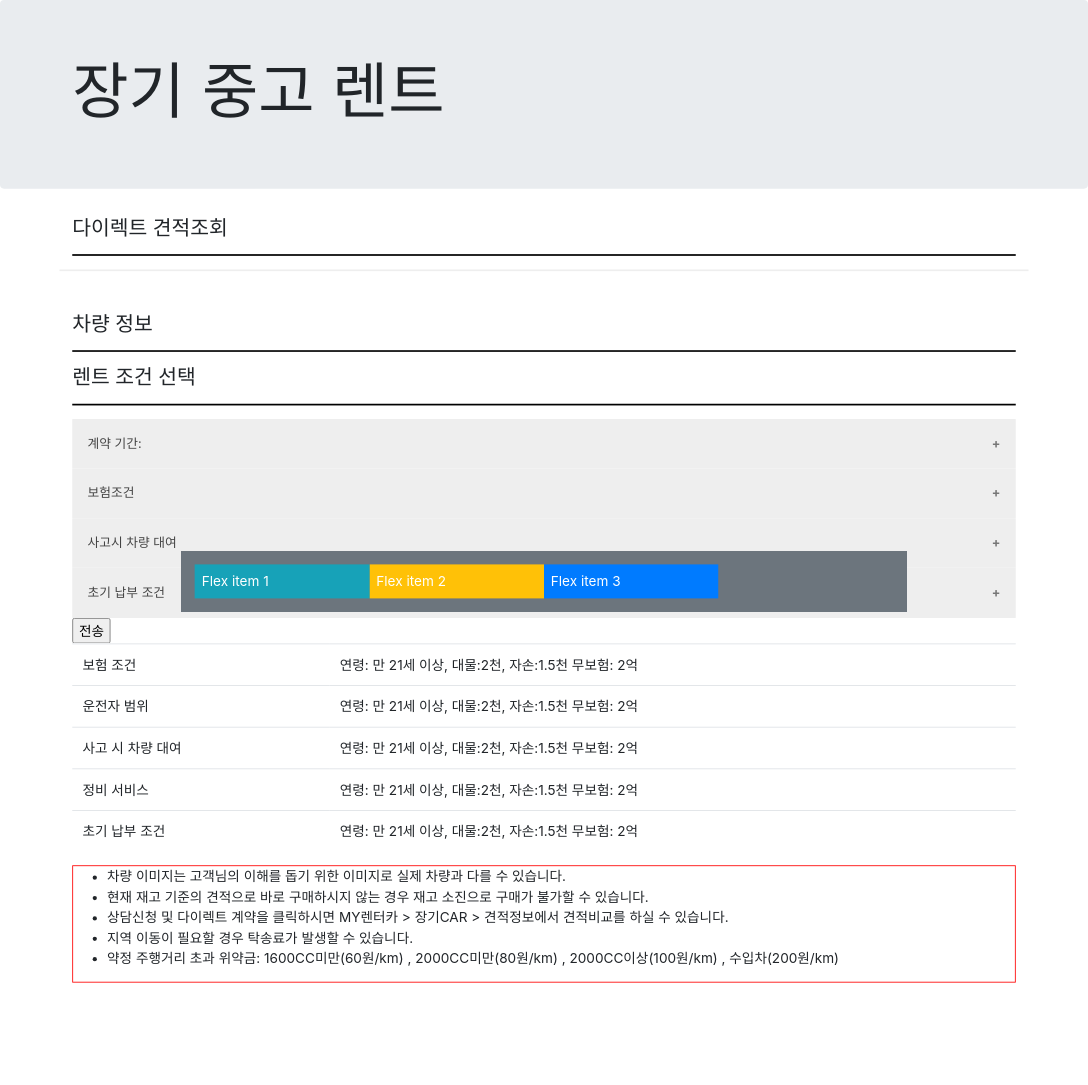
Repository: hyebinkim00/Project
Page: http://localhost/jsp/long_lent_oldcar/carLent.jsp
These files come from the project's save history. The page is drawn as it stood at one moment and after the next save; the edit follows.
The browser window is 1280 px wide. The pictures show the whole page, at 85% of full size.
The page is served by Tomcat 9. Other server files are loaded and not shown. Queries for data that is not in the repository find no rows.

Above is the page before, as saved 2020-09-16 06:47:50.

### jsp/WebContent/long_lent_oldcar/carLent.jsp
<%@page import="java.net.URLDecoder"%>
<%@page language="java" contentType="text/html; charset=UTF-8" pageEncoding="UTF-8"%>
<%@taglib prefix="c" uri="http://java.sun.com/jsp/jstl/core" %>
<%@taglib prefix="sql" uri="http://java.sun.com/jsp/jstl/sql"  %>
<% request.setCharacterEncoding("utf-8");
//URLEncoder.encode

String carname=request.getParameter("carname");
/* String carname = new String(request.getParameter("carname").getBytes("8859_1"), "EUC-KR"); */

%>

<!DOCTYPE html>
<html>
<head>
<meta name="viewport" content="width=device-width, initial-scale=1">
<style>
.accordion {
  background-color: #eee;
  color: #444;
  cursor: pointer;
  padding: 18px;
  width: 100%;
  border: none;
  text-align: left;
  outline: none;
  font-size: 15px;
  transition: 0.4s;
}

.active, .accordion:hover {
  background-color: #ccc;
}

.accordion:after {
  content: '\002B';
  color: #777;
  font-weight: bold;
  float: right;
  margin-left: 5px;
}

.active:after {
  content: "\2212";
}

.panel {
  padding: 0 18px;
  background-color: white;
  max-height: 0;
  overflow: hidden;
  transition: max-height 0.2s ease-out;
}

div.f{
border: 1px solid red;}
</style>
 <link rel="stylesheet" href="https://maxcdn.bootstrapcdn.com/bootstrap/4.5.2/css/bootstrap.min.css">
<meta charset="UTF-8" />
<title>장기 중고 상세</title>
<script src="https://code.jquery.com/jquery-3.5.1.min.js"></script>
<script src="https://ajax.googleapis.com/ajax/libs/jquery/3.5.1/jquery.min.js"></script>
</head>  <script src="https://maxcdn.bootstrapcdn.com/bootstrap/4.5.2/js/bootstrap.min.js"></script>
<body>
<script type="text/javascript">

		function checkTest1() {

			let testValue = document.getElementById("cntrTermMm1").value;

			document.getElementById("result1").innerHTML = testValue;

		}
</script>

<script type="text/javascript">

		function checkTest2() {

			let testValue = document.getElementById("cntrTermMm2").value;

			document.getElementById("result2").innerHTML = testValue;

		}
</script>

<script type="text/javascript">

		function checkTest4() {
			let testValue = document.getElementById("cntrTermMm4").value;

			let a = document.getElementById("price").value;

			alert(a)
			;
			let d= a-(a* testValue);

			alert(d);

			document.getElementById("mprice").value = d;

			document.getElementById("result4").innerHTML=d;
			let o=document.getElementById("mprice").value;

			alert(o);

		}
</script>




	<div class="jumbotron">
		<div class="container">
			<h1 class="display-3">장기 중고 렌트</h1>
		</div>
	</div>

<div class="container">
<h4>다이렉트 견적조회</h4>
<hr style="border: solid 1px black " />

	<div class="row" style="border: 1px solid #eeeeee">
		<sql:setDataSource var="dataSource"
			url="jdbc:oracle:thin:@localhost:1521:XE"
			driver="oracle.jdbc.driver.OracleDriver"
			user="hr" password="hr"/>
			<sql:query var="resultSet" dataSource="${dataSource}">
			select * from member where id=?
			 <sql:param value="${param.carname}"/>
			</sql:query>
			<c:forEach var="row" items="${resultSet.rows}">
			<div class="col-md-5" style="border-spacing: 5px;">

				<img src="../resources/images/${row.carname}.jpg" style="width: 100%;">
			</div>
			<div class="col-md-1">

			</div>
			<div class="col-md-6">
				<br><br>


				<h3>
				<c:out value="${row.carname}"/>
				</h3>

				<hr>
				<table>
					<tr>
						<td colspan="2"><span><strong>모델명</strong></span></td>
						<td><c:out value="${row.carname}"/></td>
					</tr>
					<tr>
						<td colspan="2"><span><strong>소비자 가</strong></span>  &nbsp; &nbsp; &nbsp;</td>
						<td><c:out value="${row.carprice}"/></td>
					</tr>
					<tr>
						<td colspan="2"><span><strong>계약 기간</strong></span></td>
						<td>최대<c:out value="${row.lent}"/>개월</td>
					</tr>
				</table>
				<hr>
				<p>
					표준렌탈료 &nbsp; &nbsp; &nbsp; <font size="5" color="red"> <c:out value="${row.monthprice }" /></font>원
				</p>

			</div>
			<c:set var="lentt" value="${row.lent}"/>

			</c:forEach>
		</div>



		<div>
		<br><br>
			<h4>차량 정보</h4>
			<hr style="border: solid 1px black " />
			<div>
			<sql:query var="resultSet" dataSource="${dataSource}">
			select * from member where id=?
			 <sql:param value="${param.carname}"/>
			</sql:query>
			<c:forEach var="row" items="${resultSet.rows}">
				<table class="table" id="table">
					<tr>
						<th class="bg-light text-dark">제조사</th>
						<td><c:out value="${row.facname}"></c:out></td>
						<th class="bg-light text-dark">차량번호</th>
						<td><c:out value="${row.id}"></c:out></td>
					</tr>
					<tr>
						<th class="bg-light text-dark">차종</th>
						<td><c:out value="${row.carnum}"></c:out></td>
						<th class="bg-light text-dark">최초 등록일</th>
						<td>2017-10-18</td>
					</tr>
					<tr>
						<th class="bg-light text-dark">모델명</th>
						<td colspan="3"><c:out value="${row.carname}"></c:out></td>
					</tr>
					<tr>
						<th class="bg-light text-dark">제조사차량옵션</th>
						<td colspan="3">4단자동변속기</td>
					</tr>
					<tr>
						<th class="bg-light text-dark" >제조사차량옵션2</th>
						<td colspan="3">-</td>
					</tr>
					<tr>
						<th class="bg-light text-dark">연료</th>
						<td><c:out value="${row.fuel}"/></td>
						<th class="bg-light text-dark">지점</th>
						<td><c:out value="${row.lentoffice}"/></td>
					</tr>

				</table>
				<c:set var="car_price" value="${row.monthprice }"> </c:set>
				<c:set var="car_name" value="${row.carname }"> </c:set>
				<c:set var="lent_office" value="${row.lentoffice }"> </c:set>
				</c:forEach>
			</div>


		</div>

<div>
<h4> 렌트 조건 선택 </h4>
<hr style="border: solid 1px black " />


<form method="post" action="shortTerm_payment_completed.jsp" >

<input type="hidden" id="car" name="car" value="${param.carname}">
<input type="hidden" id="carn" name="carn" value="${car_name}">
<input type="hidden" id="carof" name="carof" value="${lent_office}">

<button type="button" class="accordion">계약 기간: &nbsp;&nbsp;&nbsp;<span id="result1"></span></button>
<div class="panel"><span>차량 운행할수 있는 총 대여기간: &nbsp; &nbsp; &nbsp; &nbsp;</span>
<select name="cntrTermMm1" id="cntrTermMm1" class="option01" onchange="checkTest1()" >
<c:forEach var="i" begin="1" end="${lentt}">
<option value="<c:out value="${i}"/>개월"><c:out value="${i}"/>개월</option>	</c:forEach>

</select>
</div>

<button type="button" class="accordion">보험조건  <span id="result2"></span></button>
<div class="panel"><span>계약기간 총 주행거리 초과 시 위약금 발생   </span>
<select  name="cntrTermMm2" id="cntrTermMm2"  class="option02" onchange="checkTest2()" >
<option value="월 2천 Km이하">월 2천 Km이하</option>
<option value="월 3천 Km이하">월 3천 Km이하</option>
<option value="월 4천 Km이하">월 4천 Km이하</option>
</select>
</div>

<button type="button" class="accordion">사고시 차량 대여  <span id="result3"></span></button>
<div class="panel"><span>사고 시 차량 대여 서비스  </span>
<select  name="cntrTermMm3" id="cntrTermMm3"  class="option03"  >
<option value="yes">포함</option>
<option value="no">불 포함</option>
</select>
</div>

<button type="button" class="accordion">초기 납부 조건  <span id="result4"></span></button>
<div class="panel"><span>할인 조건  </span>
<select  name="cntrTermMm4" id="cntrTermMm4"  class="option04" onchange="checkTest4()" >

<option value="0.05">5% 할인</option>
<option value="0.1">10%할인</option>

</select>
<input type="hidden" id="price" name="price" value="${car_price}">
<input type="hidden" id="mprice" name="mprice">
</div>


<input type="submit" value="전송">
</form>
<c:remove var="car_price"/>
<c:remove var="lentt"/>
<c:remove var="car_name"/>
<c:remove var="lent_office"/>

</div>




<table class="table talbe-hover">
<tr><td>보험 조건</td><td>연령: 만 21세 이상, 대물:2천, 자손:1.5천 무보험: 2억</td></tr>
<tr><td>운전자 범위</td><td>연령: 만 21세 이상, 대물:2천, 자손:1.5천 무보험: 2억</td></tr>
<tr><td>사고 시 차량 대여</td><td>연령: 만 21세 이상, 대물:2천, 자손:1.5천 무보험: 2억</td></tr>
<tr><td>정비 서비스</td><td>연령: 만 21세 이상, 대물:2천, 자손:1.5천 무보험: 2억</td></tr>
<tr><td>초기 납부 조건</td><td>연령: 만 21세 이상, 대물:2천, 자손:1.5천 무보험: 2억</td></tr>
</table>

<div class="f">
<ul>
<li>차량 이미지는 고객님의 이해를 돕기 위한 이미지로 실제 차량과 다를 수 있습니다.</li>
<li>현재 재고 기준의 견적으로 바로 구매하시지 않는 경우 재고 소진으로 구매가 불가할 수 있습니다.</li>
<li>상담신청 및 다이렉트 계약을 클릭하시면 <span class="cl-point2">MY렌터카 &gt; 장기CAR &gt; 견적정보</span>에서 견적비교를 하실 수 있습니다.</li>
<li>지역 이동이 필요할 경우 탁송료가 발생할 수 있습니다.</li>
<li>약정 주행거리 초과 위약금: 1600CC미만(60원/km) , 2000CC미만(80원/km) , 2000CC이상(100원/km) , 수입차(200원/km)</li>
</ul>

</div>




</div>



 <br><br><br><br><br>
<div class="container col-sm-8 fixed-bottom ">

  <div class="row d-flex p-3 bg-secondary text-white ">
    <div class="col-sm-3 p-2 bg-info">Flex item 1</div>
    <div class="col-sm-3 p-2 bg-warning">Flex item 2</div>
    <div class="col-sm-3 p-2 bg-primary">Flex item 3</div>
  </div>
</div>






<script>
var acc = document.getElementsByClassName("accordion");
var i;

for (i = 0; i < acc.length; i++) {
  acc[i].addEventListener("click", function() {
    this.classList.toggle("active");
    var panel = this.nextElementSibling;
    if (panel.style.maxHeight) {
      panel.style.maxHeight = null;
    } else {
      panel.style.maxHeight = panel.scrollHeight + "px";
    }
  });
}
</script>

</body>
</html>

After the next save:
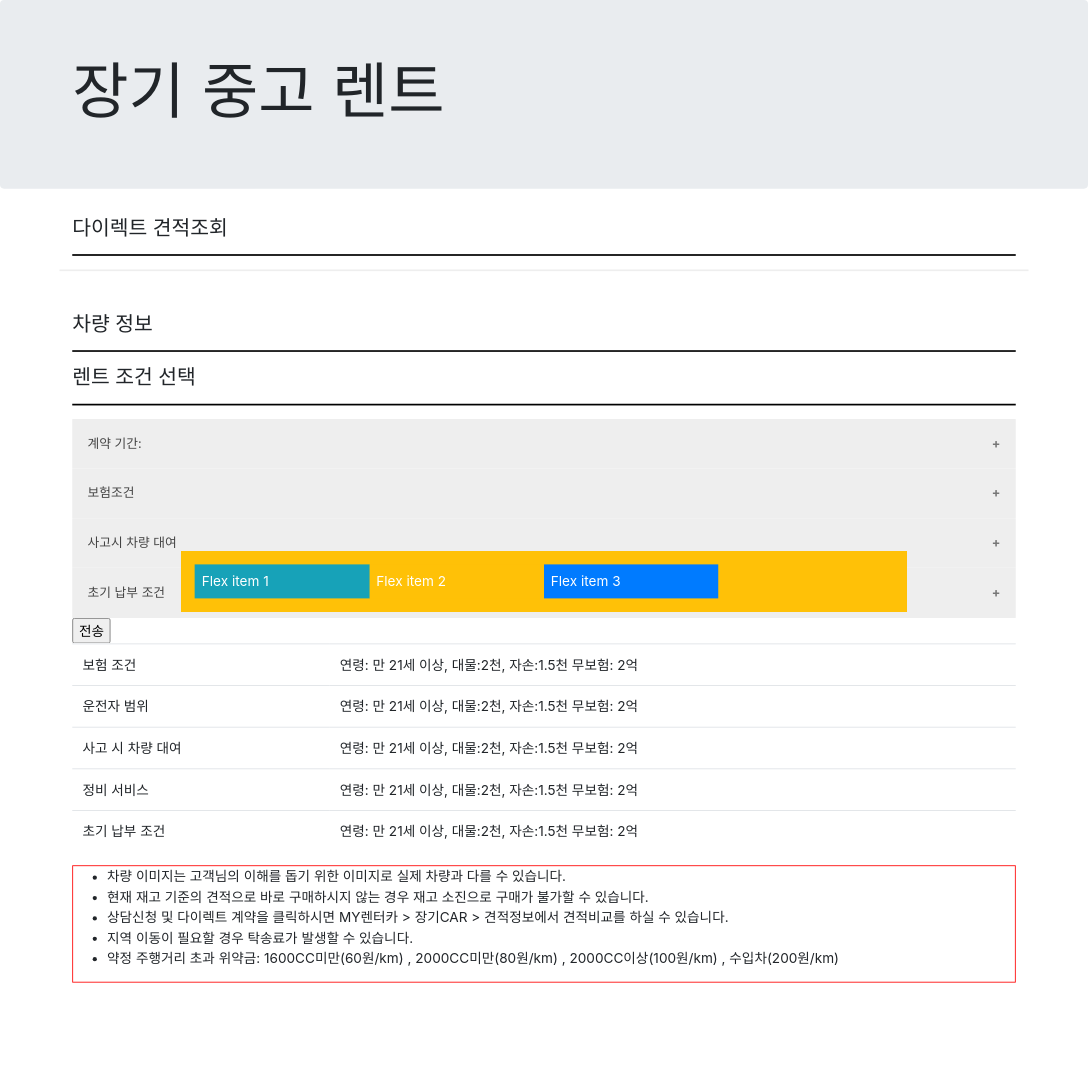
Saved 21 min 4 s later.
--- a/jsp/WebContent/long_lent_oldcar/carLent.jsp
+++ b/jsp/WebContent/long_lent_oldcar/carLent.jsp
@@ -316,7 +316,7 @@ border: 1px solid red;}
  <br><br><br><br><br>
 <div class="container col-sm-8 fixed-bottom ">
 
-  <div class="row d-flex p-3 bg-secondary text-white ">
+  <div class="row d-flex p-3 bg-warning text-white ">
     <div class="col-sm-3 p-2 bg-info">Flex item 1</div>
     <div class="col-sm-3 p-2 bg-warning">Flex item 2</div>
     <div class="col-sm-3 p-2 bg-primary">Flex item 3</div>
